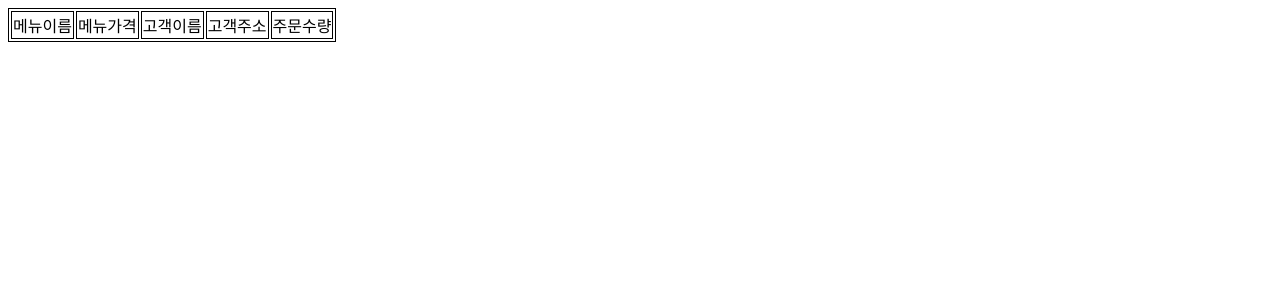
Repository: mvcfvsgdj/javaee
Page: http://localhost/prj0830_mg/Mcdonalds_list.jsp
The author's editor kept a copy of each file at every save. The page is drawn from the files as they stood at one save, then again after the next save.
The browser window is 1280 px wide. The pictures show the whole page.
The page is served by Tomcat 9. Queries for data that is not in the repository find no rows.

Above is the page before, as saved 2023-08-29 06:18:27.

After the next save:
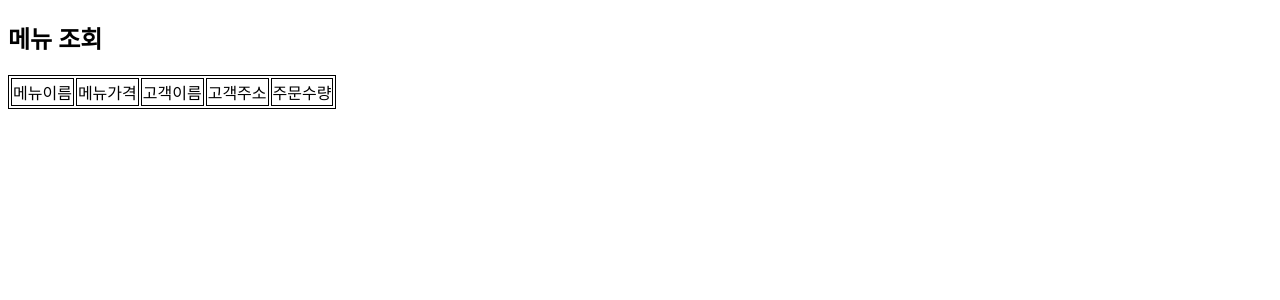
Saved 30 s later.
--- a/prj0830_mg/src/main/webapp/Mcdonalds_list.jsp
+++ b/prj0830_mg/src/main/webapp/Mcdonalds_list.jsp
@@ -14,7 +14,7 @@
 
 
 	<table>
-		<tr>
+		<tr><h2>메뉴 조회</h2>
 			<td>메뉴이름</td>
 			<td>메뉴가격</td>
 			<td>고객이름</td>
